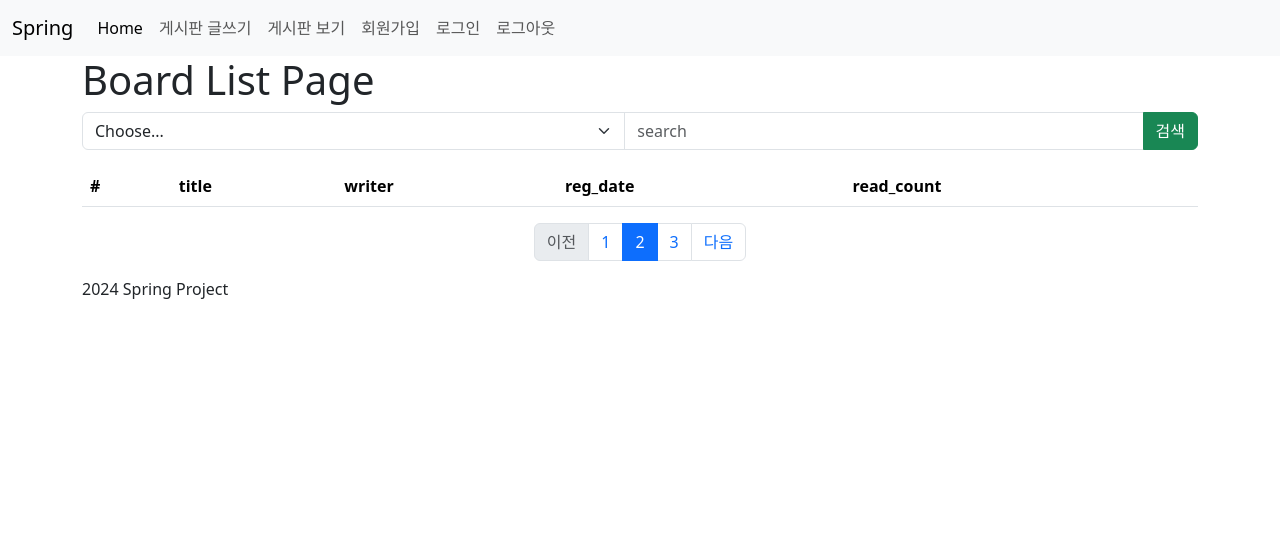
Repository: havanara/240423_SPRING_Project
Page: http://localhost/spring_study/WEB-INF/views/board/list.jsp
An editor plug-in stored every save of this project. The page is shown before and after the next save, followed by the edit.
The browser window is 1280 px wide. The pictures show the whole page.
The page is served by Tomcat 9. Nobody is signed in. The template is opened directly, without the code that normally fills it, so the values that code supplies are empty.

Above is the page before, as saved 2024-04-24 08:48:02.

After the next save:
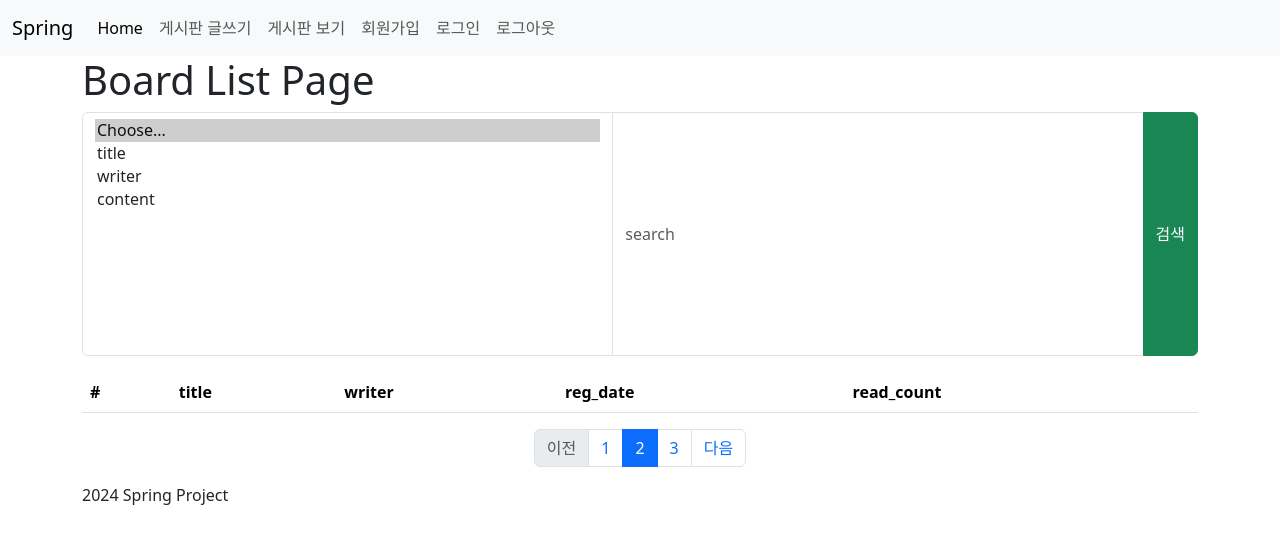
Saved 5 s later.
--- a/spring_study/src/main/webapp/WEB-INF/views/board/list.jsp
+++ b/spring_study/src/main/webapp/WEB-INF/views/board/list.jsp
@@ -10,7 +10,7 @@
 	<!-- 검색 라인 -->
 	<form action="">
 		<div class="input-group mb-3">
-			<select size="1" class="form-select" aria-label="Default select example">
+			<select size="10" class="form-select" aria-label="Default select example">
 			  <option selected>Choose...</option>
 			  <option value="title">title</option>
 			  <option value="writer">writer</option>
